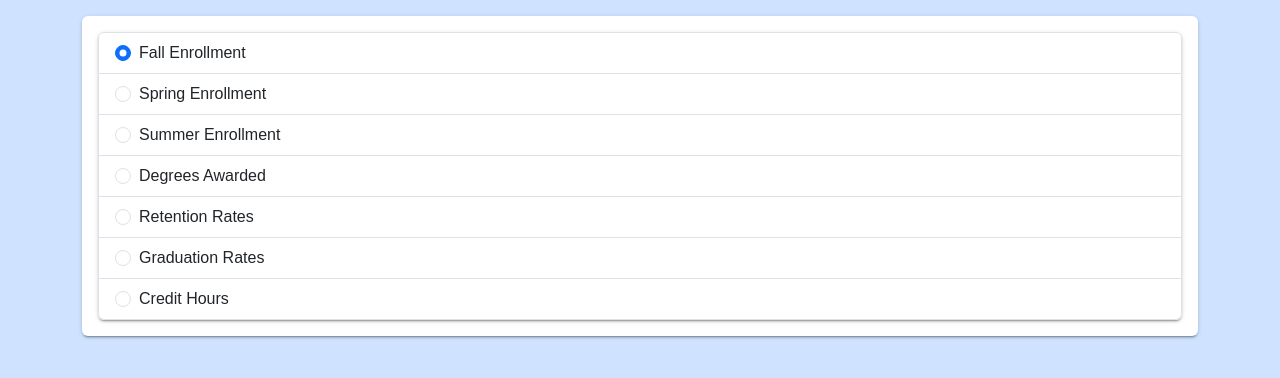
Repository: chancellor-w-whitaker/pivot-table
Page: /
These files come from the project's save history. The page is drawn as it stood at one moment and after the next save; the edit follows.
The browser window is 1280 px wide. The pictures show the whole page.
The page's requests for data from a server got no answer. Some web fonts or font styles are not loaded; a fallback is used. The project was rebuilt for these pictures with package versions that can differ from the ones it lists, and the page was loaded fresh each time. No one was signed in, and anything a server would have sent is missing. Also part of the build but not shown: vite.config.js.

Above is the page before, as saved 2024-01-03 20:07:40.

### src/main.jsx
// Bootstrap Bundle JS
import "bootstrap/dist/js/bootstrap.bundle.min";
// Bootstrap CSS
import "bootstrap/dist/css/bootstrap.min.css";
import ReactDOM from "react-dom/client";
import React from "react";

import App from "./App.jsx";
import "./index.css";

ReactDOM.createRoot(document.getElementById("root")).render(
  <React.StrictMode>
    <App />
  </React.StrictMode>
);

### src/App.jsx
import { useBodyBgVariant } from "./hooks/useBodyBgVariant";
import { Container } from "./Container";
import { Dashboard } from "./Dashboard";
import "./App.css";

const App = () => {
  useBodyBgVariant("primary-subtle");

  return (
    <>
      <Container>
        <Dashboard></Dashboard>
      </Container>
    </>
  );
};

export default App;

### src/index.css
@font-face {
  font-family: poppins;
  font-style: normal;
  font-weight: 400;
  src: local("Poppins"),
    url(https://fonts.cdnfonts.com/s/16009/Poppins-Regular.woff) format("woff");
}
@font-face {
  font-family: poppins;
  font-style: normal;
  font-weight: 400;
  src: local("Poppins"),
    url(https://fonts.cdnfonts.com/s/16009/Poppins-Regular.woff) format("woff");
}
@font-face {
  font-family: poppins;
  font-style: italic;
  font-weight: 400;
  src: local("Poppins"),
    url(https://fonts.cdnfonts.com/s/16009/Poppins-Italic.woff) format("woff");
}
@font-face {
  font-family: poppins;
  font-style: italic;
  font-weight: 400;
  src: local("Poppins"),
    url(https://fonts.cdnfonts.com/s/16009/Poppins-Italic.woff) format("woff");
}
@font-face {
  font-family: poppins;
  font-style: normal;
  font-weight: 250;
  src: local("Poppins"),
    url(https://fonts.cdnfonts.com/s/16009/Poppins-Thin.woff) format("woff");
}
@font-face {
  font-family: poppins;
  font-style: normal;
  font-weight: 250;
  src: local("Poppins"),
    url(https://fonts.cdnfonts.com/s/16009/Poppins-Thin.woff) format("woff");
}
@font-face {
  font-family: poppins;
  font-style: italic;
  font-weight: 250;
  src: local("Poppins"),
    url(https://fonts.cdnfonts.com/s/16009/Poppins-ThinItalic.woff)
      format("woff");
}
@font-face {
  font-family: poppins;
  font-style: italic;
  font-weight: 250;
  src: local("Poppins"),
    url(https://fonts.cdnfonts.com/s/16009/Poppins-ThinItalic.woff)
      format("woff");
}
@font-face {
  font-family: poppins;
  font-style: normal;
  font-weight: 275;
  src: local("Poppins"),
    url(https://fonts.cdnfonts.com/s/16009/Poppins-ExtraLight.woff)
      format("woff");
}
@font-face {
  font-family: poppins;
  font-style: normal;
  font-weight: 275;
  src: local("Poppins"),
    url(https://fonts.cdnfonts.com/s/16009/Poppins-ExtraLight.woff)
      format("woff");
}
@font-face {
  font-family: poppins;
  font-style: italic;
  font-weight: 275;
  src: local("Poppins"),
    url(https://fonts.cdnfonts.com/s/16009/Poppins-ExtraLightItalic.woff)
      format("woff");
}
@font-face {
  font-family: poppins;
  font-style: italic;
  font-weight: 275;
  src: local("Poppins"),
    url(https://fonts.cdnfonts.com/s/16009/Poppins-ExtraLightItalic.woff)
      format("woff");
}
@font-face {
  font-family: poppins;
  font-style: normal;
  font-weight: 300;
  src: local("Poppins"),
    url(https://fonts.cdnfonts.com/s/16009/Poppins-Light.woff) format("woff");
}
@font-face {
  font-family: poppins;
  font-style: normal;
  font-weight: 300;
  src: local("Poppins"),
    url(https://fonts.cdnfonts.com/s/16009/Poppins-Light.woff) format("woff");
}
@font-face {
  font-family: poppins;
  font-style: italic;
  font-weight: 300;
  src: local("Poppins"),
    url(https://fonts.cdnfonts.com/s/16009/Poppins-LightItalic.woff)
      format("woff");
}
@font-face {
  font-family: poppins;
  font-style: italic;
  font-weight: 300;
  src: local("Poppins"),
    url(https://fonts.cdnfonts.com/s/16009/Poppins-LightItalic.woff)
      format("woff");
}
@font-face {
  font-family: poppins;
  font-style: normal;
  font-weight: 500;
  src: local("Poppins"),
    url(https://fonts.cdnfonts.com/s/16009/Poppins-Medium.woff) format("woff");
}
@font-face {
  font-family: poppins;
  font-style: normal;
  font-weight: 500;
  src: local("Poppins"),
    url(https://fonts.cdnfonts.com/s/16009/Poppins-Medium.woff) format("woff");
}
@font-face {
  font-family: poppins;
  font-style: italic;
  font-weight: 500;
  src: local("Poppins"),
    url(https://fonts.cdnfonts.com/s/16009/Poppins-MediumItalic.woff)
      format("woff");
}
@font-face {
  font-family: poppins;
  font-style: italic;
  font-weight: 500;
  src: local("Poppins"),
    url(https://fonts.cdnfonts.com/s/16009/Poppins-MediumItalic.woff)
      format("woff");
}
@font-face {
  font-family: poppins;
  font-style: normal;
  font-weight: 600;
  src: local("Poppins"),
    url(https://fonts.cdnfonts.com/s/16009/Poppins-SemiBold.woff) format("woff");
}
@font-face {
  font-family: poppins;
  font-style: normal;
  font-weight: 600;
  src: local("Poppins"),
    url(https://fonts.cdnfonts.com/s/16009/Poppins-SemiBold.woff) format("woff");
}
@font-face {
  font-family: poppins;
  font-style: italic;
  font-weight: 600;
  src: local("Poppins"),
    url(https://fonts.cdnfonts.com/s/16009/Poppins-SemiBoldItalic.woff)
      format("woff");
}
@font-face {
  font-family: poppins;
  font-style: italic;
  font-weight: 600;
  src: local("Poppins"),
    url(https://fonts.cdnfonts.com/s/16009/Poppins-SemiBoldItalic.woff)
      format("woff");
}
@font-face {
  font-family: poppins;
  font-style: normal;
  font-weight: 700;
  src: local("Poppins"),
    url(https://fonts.cdnfonts.com/s/16009/Poppins-Bold.woff) format("woff");
}
@font-face {
  font-family: poppins;
  font-style: normal;
  font-weight: 700;
  src: local("Poppins"),
    url(https://fonts.cdnfonts.com/s/16009/Poppins-Bold.woff) format("woff");
}
@font-face {
  font-family: poppins;
  font-style: italic;
  font-weight: 700;
  src: local("Poppins"),
    url(https://fonts.cdnfonts.com/s/16009/Poppins-BoldItalic.woff)
      format("woff");
}
@font-face {
  font-family: poppins;
  font-style: italic;
  font-weight: 700;
  src: local("Poppins"),
    url(https://fonts.cdnfonts.com/s/16009/Poppins-BoldItalic.woff)
      format("woff");
}
@font-face {
  font-family: poppins;
  font-style: normal;
  font-weight: 800;
  src: local("Poppins"),
    url(https://fonts.cdnfonts.com/s/16009/Poppins-ExtraBold.woff)
      format("woff");
}
@font-face {
  font-family: poppins;
  font-style: normal;
  font-weight: 800;
  src: local("Poppins"),
    url(https://fonts.cdnfonts.com/s/16009/Poppins-ExtraBold.woff)
      format("woff");
}
@font-face {
  font-family: poppins;
  font-style: italic;
  font-weight: 800;
  src: local("Poppins"),
    url(https://fonts.cdnfonts.com/s/16009/Poppins-ExtraBoldItalic.woff)
      format("woff");
}
@font-face {
  font-family: poppins;
  font-style: italic;
  font-weight: 800;
  src: local("Poppins"),
    url(https://fonts.cdnfonts.com/s/16009/Poppins-ExtraBoldItalic.woff)
      format("woff");
}
@font-face {
  font-family: poppins;
  font-style: normal;
  font-weight: 900;
  src: local("Poppins"),
    url(https://fonts.cdnfonts.com/s/16009/Poppins-Black.woff) format("woff");
}
@font-face {
  font-family: poppins;
  font-style: normal;
  font-weight: 900;
  src: local("Poppins"),
    url(https://fonts.cdnfonts.com/s/16009/Poppins-Black.woff) format("woff");
}
@font-face {
  font-family: poppins;
  font-style: italic;
  font-weight: 900;
  src: local("Poppins"),
    url(https://fonts.cdnfonts.com/s/16009/Poppins-BlackItalic.woff)
      format("woff");
}
@font-face {
  font-family: poppins;
  font-style: italic;
  font-weight: 900;
  src: local("Poppins"),
    url(https://fonts.cdnfonts.com/s/16009/Poppins-BlackItalic.woff)
      format("woff");
}

:root,
[data-bs-theme="light"] {
  --bs-font-sans-serif: "Poppins", sans-serif;

  --bs-box-shadow: 0px 3px 3px -2px rgba(0, 0, 0, 0.2),
    0px 3px 4px 0px rgba(0, 0, 0, 0.14), 0px 1px 8px 0px rgba(0, 0, 0, 0.12);
  --bs-box-shadow-sm: 0px 3px 1px -2px rgba(0, 0, 0, 0.2),
    0px 2px 2px 0px rgba(0, 0, 0, 0.14), 0px 1px 5px 0px rgba(0, 0, 0, 0.12);
  --bs-box-shadow-lg: 0px 2px 4px -1px rgba(0, 0, 0, 0.2),
    0px 4px 5px 0px rgba(0, 0, 0, 0.14), 0px 1px 10px 0px rgba(0, 0, 0, 0.12);
}

### src/hooks/useBodyBgVariant.jsx
import { useEffect } from "react";

import { checkIfLengthyString } from "../functions/checkIfLengthyString";

export const useBodyBgVariant = (variant = "body-tertiary") => {
  useEffect(() => {
    const variantIsLengthyString = checkIfLengthyString(variant);

    variantIsLengthyString && document.body.classList.add(`bg-${variant}`);

    return () => {
      variantIsLengthyString && document.body.classList.remove(`bg-${variant}`);
    };
  }, [variant]);
};

### src/Container.jsx
export const Container = ({ children }) => {
  return (
    <>
      <main className="container">
        <div className="my-3 p-3 bg-body rounded shadow-sm">{children}</div>
      </main>
    </>
  );
};

### src/Dashboard.jsx
import { useState, useMemo } from "react";

import { RadioListGroup } from "./components/RadioListGroup";
import { datasetOptions } from "./constants/datasetOptions";
import { useData } from "./hooks/useData";
import "./App.css";

const getColumns = (data, pivotColumn) => {
  const countTypesAndFindPivotValues = (
    data,
    validTypes = new Set(["number", "string"])
  ) => {
    const colTypesObject = {};

    const pivotValues = new Set();

    data.forEach((row) => {
      Object.keys(row).forEach((column) => {
        const value = row[column];

        const type = typeof value;

        if (!validTypes.has(type)) return;

        if (!(column in colTypesObject)) colTypesObject[column] = {};

        if (!(type in colTypesObject[column])) colTypesObject[column][type] = 0;

        colTypesObject[column][type] += 1;

        if (column === pivotColumn) pivotValues.add(value);
      });
    });

    return {
      columnTypesCounted: colTypesObject,
      setOfPivotValues: pivotValues,
    };
  };

  const { columnTypesCounted, setOfPivotValues } =
    countTypesAndFindPivotValues(data);

  const getMostFrequentType = (typesObject) =>
    Object.entries(typesObject).sort(
      (entryA, entryB) => entryB[1] - entryA[1]
    )[0][0];

  const typedCols = Object.entries(columnTypesCounted)
    .map(([field, types]) => ({
      type: getMostFrequentType(types),
      field,
    }))
    .filter(({ field }) => field !== pivotColumn);

  const measureCols = typedCols
    .filter(({ type }) => type === "number")
    .map(({ field }) => field);

  const summaryCols = typedCols
    .filter(({ type }) => type === "string")
    .map(({ field }) => field);

  return {
    pivotValues: [...setOfPivotValues],
    measureColumns: measureCols,
    summaryColumns: summaryCols,
  };
};

export const Dashboard = () => {
  const [checkedDataset, setCheckedDataset] = useState(datasetOptions[0].value);

  const [checkedMeasure, setCheckedMeasure] = useState("");

  const [checkedSummaryColumns, setCheckedSummaryColumns] = useState(new Set());

  const data = useData(`data/${checkedDataset}.json`);

  console.log(data);

  const pivotColumn = datasetOptions.find(
    ({ value }) => value === checkedDataset
  ).pivotColumn;

  const { measureColumns, summaryColumns, pivotValues } = useMemo(
    () =>
      !(Array.isArray(data) && data.length > 0)
        ? []
        : getColumns(data, pivotColumn),
    [data, pivotColumn]
  );

  console.log(measureColumns, summaryColumns, pivotValues);

  return (
    <>
      <div className="d-flex"></div>
      <RadioListGroup
        setCheckedValue={setCheckedDataset}
        checkedValue={checkedDataset}
        options={datasetOptions}
        className="shadow-sm"
        name="dataset"
      ></RadioListGroup>
      <RadioListGroup
        options={measureColumns?.map((value) => ({ label: value, value }))}
        setCheckedValue={setCheckedMeasure}
        checkedValue={checkedMeasure}
        className="shadow-sm"
        name="measure"
      ></RadioListGroup>
    </>
  );
};

### src/App.css
@import url("https://fonts.cdnfonts.com/css/poppins");

:root,
[data-bs-theme="light"] {
  --bs-font-sans-serif: "Poppins", sans-serif;

  --bs-box-shadow: 0px 3px 3px -2px rgba(0, 0, 0, 0.2),
    0px 3px 4px 0px rgba(0, 0, 0, 0.14), 0px 1px 8px 0px rgba(0, 0, 0, 0.12);
  --bs-box-shadow-sm: 0px 3px 1px -2px rgba(0, 0, 0, 0.2),
    0px 2px 2px 0px rgba(0, 0, 0, 0.14), 0px 1px 5px 0px rgba(0, 0, 0, 0.12);
  --bs-box-shadow-lg: 0px 2px 4px -1px rgba(0, 0, 0, 0.2),
    0px 4px 5px 0px rgba(0, 0, 0, 0.14), 0px 1px 10px 0px rgba(0, 0, 0, 0.12);
}

### src/functions/checkIfLengthyString.js
export const checkIfLengthyString = (str) =>
  typeof str === "string" && str.length > 0;

### src/components/RadioListGroup.jsx
import { startTransition } from "react";

import { checkIfLengthyString } from "../functions/checkIfLengthyString";

export const RadioListGroup = ({
  setCheckedValue,
  checkedValue,
  className,
  options,
  name,
}) => {
  const onOptionChange = (e) =>
    startTransition(() => setCheckedValue(e.target.value));

  const defaultClassName = "list-group";

  const entireClassName = checkIfLengthyString(className)
    ? `${defaultClassName} ${className}`
    : defaultClassName;

  return (
    <>
      <div className={entireClassName}>
        {options?.map(({ value, label }) => (
          <label className="list-group-item d-flex gap-2" key={value}>
            <input
              className="form-check-input flex-shrink-0"
              checked={value === checkedValue}
              onChange={onOptionChange}
              value={value}
              type="radio"
              name={name}
            />
            <span>{label}</span>
          </label>
        ))}
      </div>
    </>
  );
};

### src/constants/datasetOptions.js
export const datasetOptions = [
  { label: "Fall Enrollment", pivotColumn: "termDesc", value: "fall" },
  { label: "Spring Enrollment", pivotColumn: "termDesc", value: "spring" },
  { label: "Summer Enrollment", pivotColumn: "termDesc", value: "summer" },
  { label: "Degrees Awarded", pivotColumn: "year", value: "degrees" },
  {
    pivotColumn: "retention_year",
    label: "Retention Rates",
    value: "retention",
  },
  {
    pivotColumn: "cohort_term",
    label: "Graduation Rates",
    value: "graduation",
  },
  { label: "Credit Hours", pivotColumn: "year", value: "hours" },
];

### src/hooks/useData.jsx
import { useEffect, useState } from "react";

export const useData = (url) => {
  const [data, setData] = useState(null);
  useEffect(() => {
    if (url) {
      let ignore = false;
      fetch(url)
        .then((response) => response.json())
        .then((json) => {
          if (!ignore) {
            setData(json);
          }
        });
      return () => {
        ignore = true;
      };
    }
  }, [url]);
  return data;
};

Loaded but not shown: index.html (common file)

After the next save:
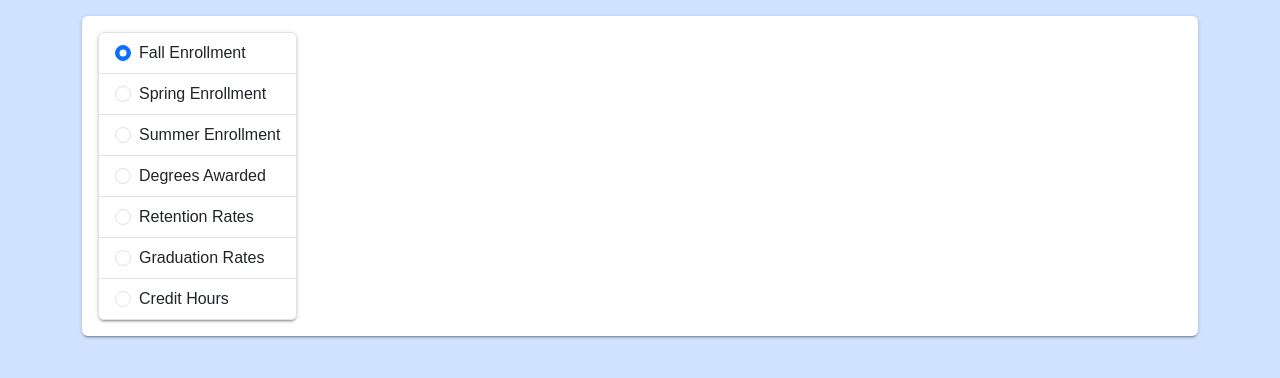
Saved 10 s later.
--- a/src/Dashboard.jsx
+++ b/src/Dashboard.jsx
@@ -95,21 +95,22 @@
 
   return (
     <>
-      <div className="d-flex"></div>
-      <RadioListGroup
-        setCheckedValue={setCheckedDataset}
-        checkedValue={checkedDataset}
-        options={datasetOptions}
-        className="shadow-sm"
-        name="dataset"
-      ></RadioListGroup>
-      <RadioListGroup
-        options={measureColumns?.map((value) => ({ label: value, value }))}
-        setCheckedValue={setCheckedMeasure}
-        checkedValue={checkedMeasure}
-        className="shadow-sm"
-        name="measure"
-      ></RadioListGroup>
+      <div className="d-flex">
+        <RadioListGroup
+          setCheckedValue={setCheckedDataset}
+          checkedValue={checkedDataset}
+          options={datasetOptions}
+          className="shadow-sm"
+          name="dataset"
+        ></RadioListGroup>
+        <RadioListGroup
+          options={measureColumns?.map((value) => ({ label: value, value }))}
+          setCheckedValue={setCheckedMeasure}
+          checkedValue={checkedMeasure}
+          className="shadow-sm"
+          name="measure"
+        ></RadioListGroup>
+      </div>
     </>
   );
 };
